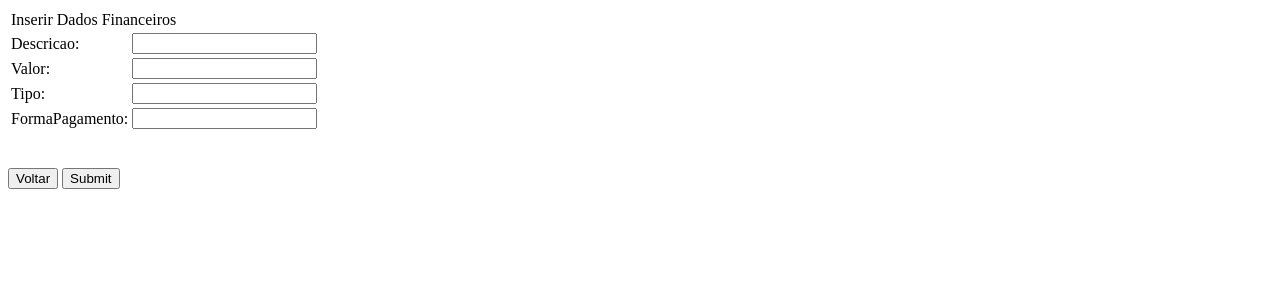
Repository: TadeuN1/PersonalProject-mySQL-eclipseIDE
Page: Movimentacoes/src/main/webapp/InfoMovimentacoes.html
An editor plug-in stored every save of this project. The page is shown before and after the next save, followed by the edit.
The browser window is 1280 px wide. The pictures show the whole page.

Above is the page before, as saved 2023-06-29 02:19:03.

### Movimentacoes/src/main/webapp/InfoMovimentacoes.html
<!DOCTYPE html>
<html>
	<head>
		<meta charset="UTF-8">
		<title>Especificacao de dados</title>
	</head>
	<body>
		<form method="post" action="InfoMovimentacoes">
		<table>
			<tr>
				<td colspan="2">Inserir Dados Financeiros</td>
			</tr>
			<tr>
				<td>Descricao:</td>
				<td><input type="text" name="descricao"></td>
			</tr>
			<tr>
				<td>Valor:</td>
				<td><input type="text" name="valor"></td>
			</tr>
			<tr>
				<td>Tipo:</td>
				<td><input type="text" name="tipo"></td>
			</tr>
			<tr>
				<td>FormaPagamento:</td>
				<td><input type="text" name="formapagamento"></td>
			</tr>
		</table>
		<br><br>
		<input type="button" value="Voltar" onclick="history.back()">
		<input type="submit" name="Gravar">

		</form>
	</body>
</html>

After the next save:
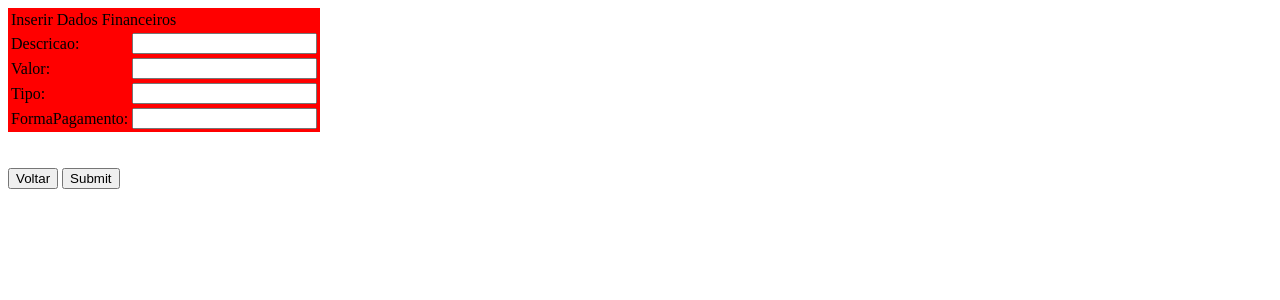
Saved 3 min 9 s later.
--- a/Movimentacoes/src/main/webapp/InfoMovimentacoes.html
+++ b/Movimentacoes/src/main/webapp/InfoMovimentacoes.html
@@ -3,10 +3,16 @@
 	<head>
 		<meta charset="UTF-8">
 		<title>Especificacao de dados</title>
+
+		<style>
+			.tabela {
+				background-color: red;
+			}
+		</style>
 	</head>
 	<body>
 		<form method="post" action="InfoMovimentacoes">
-		<table>
+		<table class="tabela">
 			<tr>
 				<td colspan="2">Inserir Dados Financeiros</td>
 			</tr>
